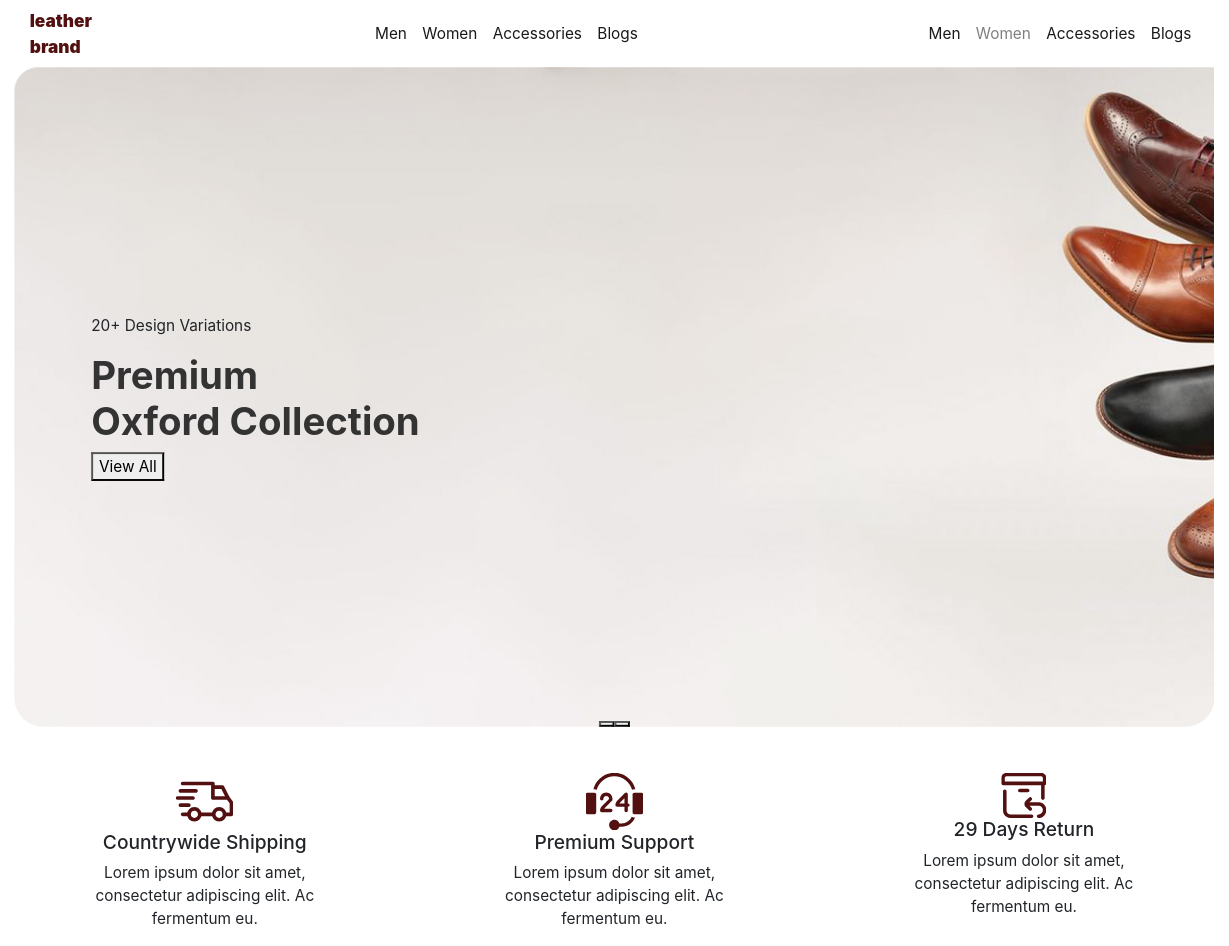
Repository: arif286/fashion-house
Page: /
An editor plug-in stored every save of this project. The page is shown before and after the next save, followed by the edit.
The browser window is 1280 px wide. The pictures show the whole page, at 96% of full size.
The project was rebuilt for these pictures with package versions that can differ from the ones it lists, and the page was loaded fresh each time. The framework's server and built-in components were replaced by stand-ins that run in the browser. Also part of the build but not shown: nuxt.config.js, components/Contact.vue, components/DisplayCollection.vue, components/Footer.vue, components/NewCollection.vue, components/NuxtLogo.vue, components/Products.vue, components/Tutorial.vue.

Above is the page before, as saved 2021-07-11 22:25:09.

### components/Nav.vue
<template>
  <nav class="navbar container navbar-expand-lg navbar-light">
    <div class="container-fluid">
      <div class="nav-title">
        <span>leather</span>
        <br />
        <span>brand</span>
      </div>
      <button
        class="navbar-toggler"
        type="button"
        data-bs-toggle="collapse"
        data-bs-target="#navbarSupportedContent"
        aria-controls="navbarSupportedContent"
        aria-expanded="false"
        aria-label="Toggle navigation"
      >
        <span class="navbar-toggler-icon"></span>
      </button>
      <div id="navbarSupportedContent" class="collapse navbar-collapse">
        <div class="d-flex justify-content-center w-100">
          <ul class="navbar-nav mb-2 mb-lg-0">
            <li class="nav-item">
              <a class="nav-link active" aria-current="page" href="#">Men</a>
            </li>
            <li class="nav-item">
              <a class="nav-link active" href="#">Women</a>
            </li>
            <li class="nav-item">
              <a class="nav-link active" href="#"> Accessories </a>
            </li>
            <li class="nav-item">
              <a class="nav-link active" href="#">Blogs</a>
            </li>
          </ul>
        </div>
        <div class="ml-auto">
          <ul class="navbar-nav mb-2 mb-lg-0">
            <li class="nav-item">
              <a class="nav-link active" aria-current="page" href="#">Men</a>
            </li>
            <li class="nav-item">
              <a class="nav-link" href="#">Women</a>
            </li>
            <li class="nav-item">
              <a class="nav-link active" href="#"> Accessories </a>
            </li>
            <li class="nav-item">
              <a class="nav-link active" href="#">Blogs</a>
            </li>
          </ul>
        </div>
      </div>
    </div>
  </nav>
</template>

<script></script>
<style scoped>
.nav-title {
  color: #521010;
  font-weight: 900;
  font-size: 18px;
}
.nav-title:hover {
  color: #521010;
  font-weight: bold;
}
.nav-item a {
  color: #000;
}
</style>

### components/Service.vue
<template>
  <div class="container">
    <div class="row">
      <div
        v-for="service in services"
        :key="service.id"
        class="col-md-4 col-12"
      >
        <div class="d-flex justify-content-center">
          <div class="service-box text-center">
            <img :src="require(`@/assets/Images/${service.image}`)" alt="" />
            <h5>{{ service.title }}</h5>
            <p>{{ service.text }}</p>
          </div>
        </div>
      </div>
    </div>
  </div>
</template>

<script>
export default {
  props: {
    services: { type: Array, required: true },
  },
}
</script>
<style>
.service-box {
  width: 250px;
}
</style>

### components/Slider.vue
<template>
  <div class="container mb-5">
    <div
      id="carouselExampleIndicators"
      class="carousel slide"
      data-bs-ride="carousel"
    >
      <div class="carousel-indicators">
        <button
          type="button"
          data-bs-target="#carouselExampleIndicators"
          data-bs-slide-to="0"
          class="active"
          aria-current="true"
          aria-label="Slide 1"
        ></button>
        <button
          type="button"
          data-bs-target="#carouselExampleIndicators"
          data-bs-slide-to="1"
          aria-label="Slide 2"
        ></button>
      </div>
      <div class="carousel-inner">
        <div class="carousel-item active d-flex align-items-center">
          <div class="slider-content">
            <p>20+ Design Variations</p>
            <h1>
              Premium
              <br />
              Oxford Collection
            </h1>
            <button>View All</button>
          </div>
        </div>
        <div class="carousel-item">
          <div class="slider-content">
            <p>20+ Design Variations</p>
            <h1>
              Premium
              <br />
              Oxford Collection
            </h1>
            <button>View All</button>
          </div>
        </div>
      </div>
    </div>
  </div>
</template>

<script></script>
<style>
.carousel-item {
  background-image: url('@/assets/Images/hero1.png');
  background-repeat: no-repeat;
  width: 100%;
  background-size: cover;
  height: 687px;
  border-bottom-left-radius: 30px;
  border-bottom-right-radius: 30px;
}
.slider-content {
  margin-left: 80px;
}
.slider-content h1 {
  color: #333333;
  font-weight: bold;
}
</style>

### pages/index.vue
<template>
  <div>
    <Nav />
    <Slider />
    <Service :services="serviceData" />
  </div>
</template>

<script>
import { serviceData } from '@/assets/data.js'
export default {
  data() {
    return {
      serviceData,
    }
  },
}
</script>
<style>
@import url('https://fonts.googleapis.com/css2?family=Roboto:ital,wght@0,100;0,300;0,400;0,500;0,700;0,900;1,100;1,300;1,400;1,500;1,700;1,900&display=swap');

.body {
  font-family: 'Roboto', sans-serif;
}
.container {
  max-width: 1780px;
}
</style>

### assets/data.js
export const serviceData = [
  {
    id: 1,
    image: 'delivery.svg',
    title: 'Countrywide Shipping',
    text: 'Lorem ipsum dolor sit amet, consectetur adipiscing elit. Ac fermentum eu.',
  },
  {
    id: 2,
    image: 'call-center.svg',
    title: 'Premium Support',
    text: 'Lorem ipsum dolor sit amet, consectetur adipiscing elit. Ac fermentum eu.',
  },
  {
    id: 3,
    image: 'return.svg',
    title: '29 Days Return',
    text: 'Lorem ipsum dolor sit amet, consectetur adipiscing elit. Ac fermentum eu.'
  }
]

After the next save:
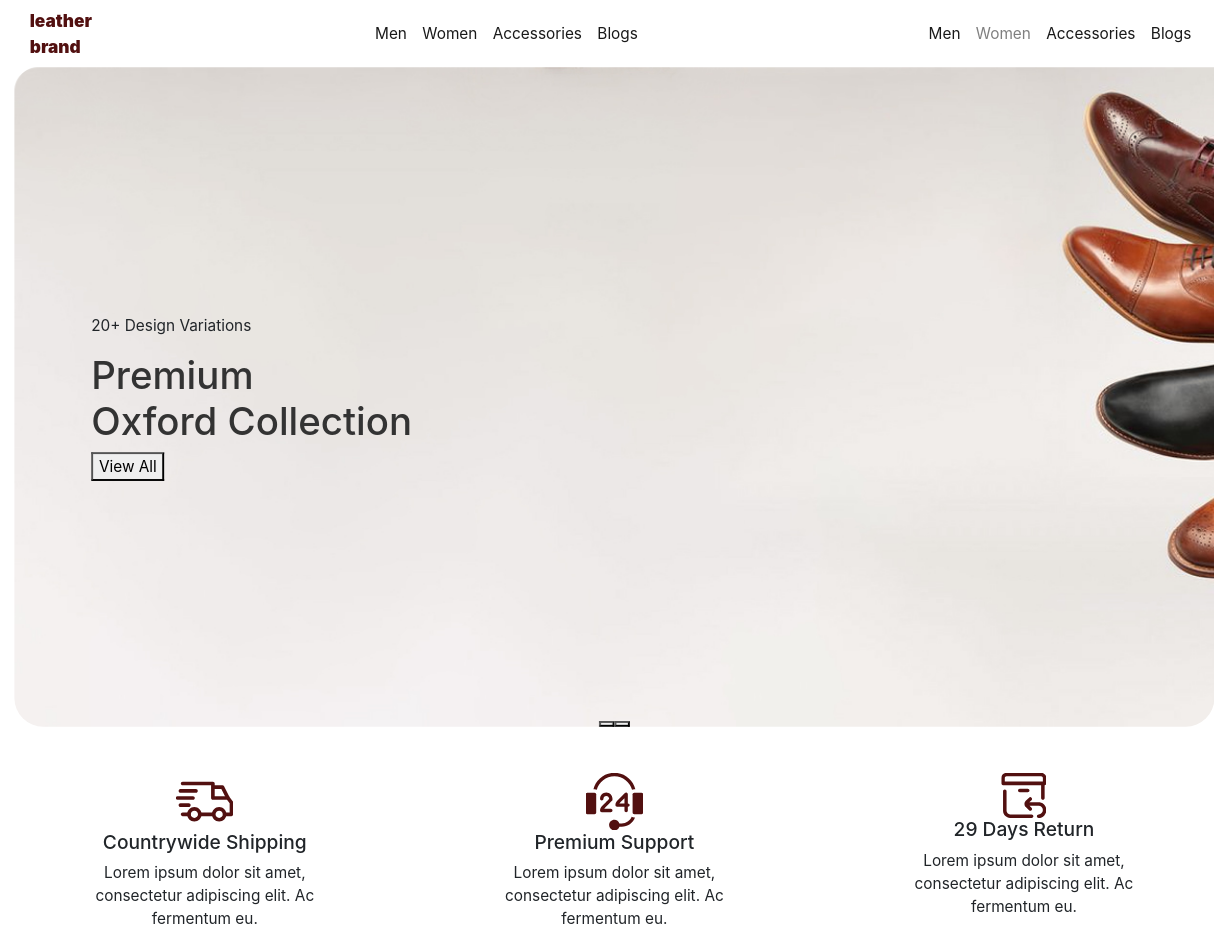
Saved 8 s later.
--- a/components/Slider.vue
+++ b/components/Slider.vue
@@ -65,6 +65,6 @@
 }
 .slider-content h1 {
   color: #333333;
-  font-weight: bold;
+  font-weight: 500;
 }
 </style>

After the save that followed:
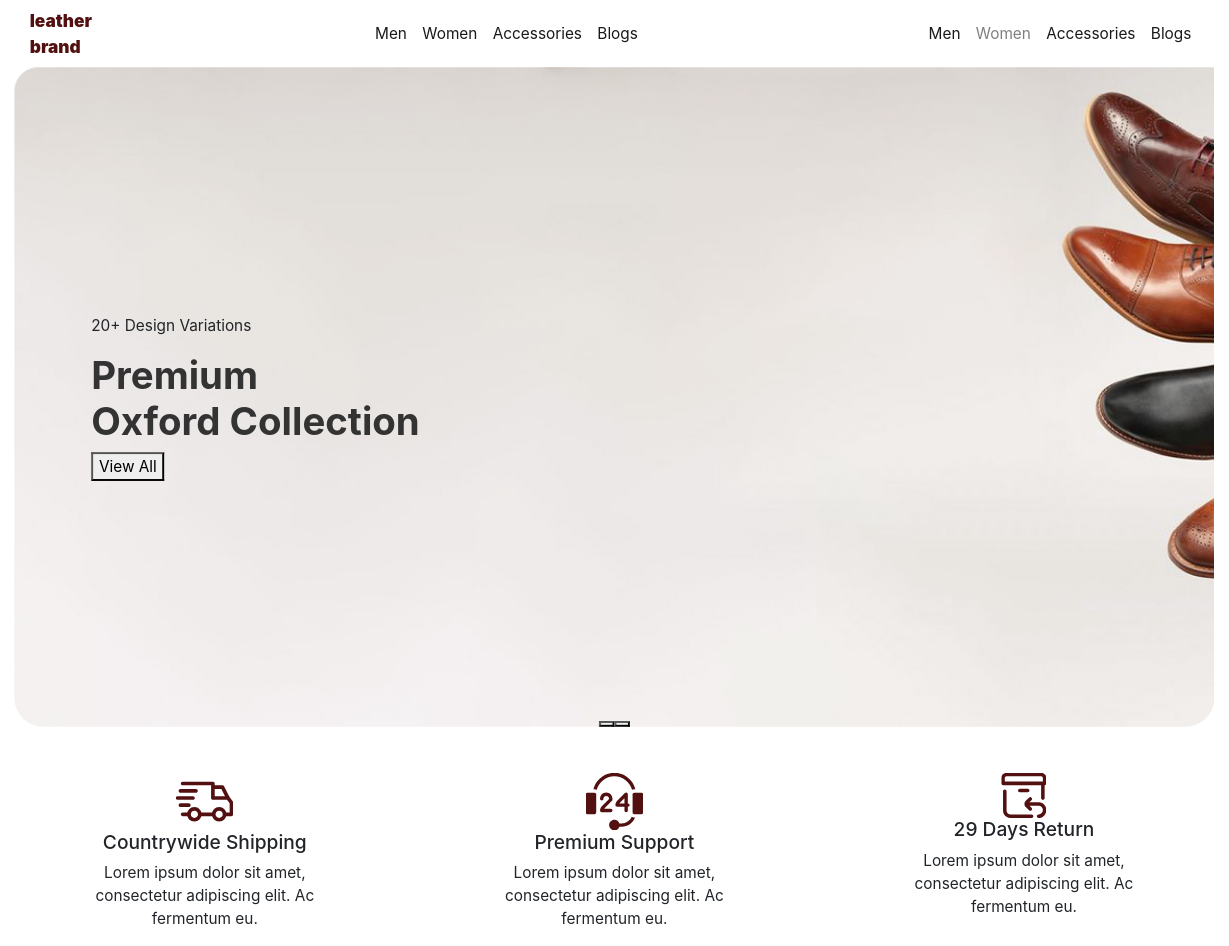
Saved 18 s later.
--- a/components/Slider.vue
+++ b/components/Slider.vue
@@ -65,6 +65,6 @@
 }
 .slider-content h1 {
   color: #333333;
-  font-weight: 500;
+  font-weight: 700;
 }
 </style>
